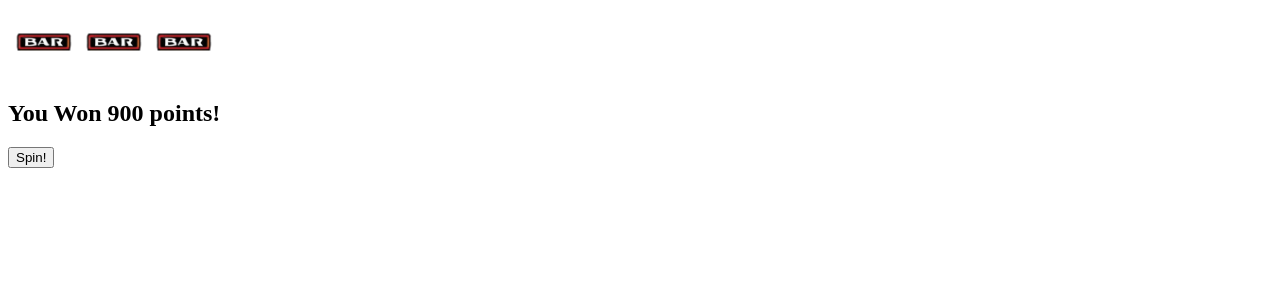
Repository: TheRealCisco/f2017CST336
Page: http://localhost/777/index.php
The author's editor kept a record of every edit. The page is drawn from the files as they stood at one moment, then again after the next edit.
The browser window is 1280 px wide. The pictures show the whole page.
The page is run by PHP 8.4 with error messages shown; the project is at /var/www/html/.

Above is the page before.

After the next edit:
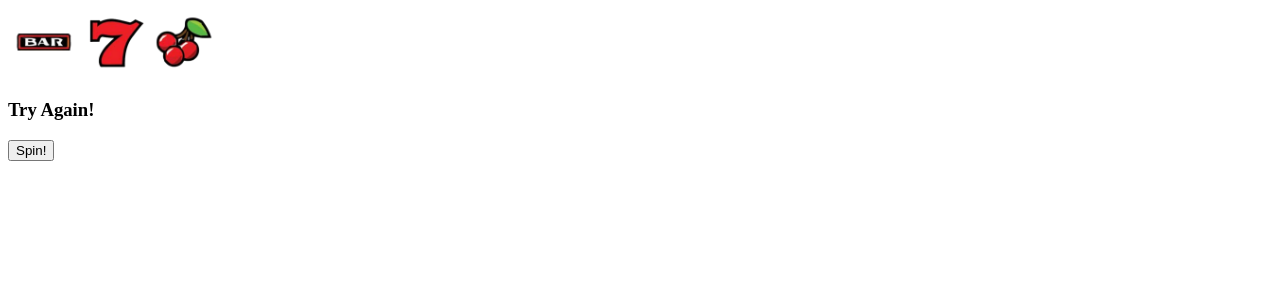
The edit:
--- a/777/inc/functions.php
+++ b/777/inc/functions.php
@@ -36,7 +36,7 @@
          }
          function play(){
              for($i=1;$i<4;$i++){
-                 ${"randomValue" . $i}=rand(3,3);
+                 ${"randomValue" . $i}=rand(0,3);
                  displaySymbol(${"randomValue" . $i},$i);
              }
              displayPoints($randomValue1,$randomValue2,$randomValue3);
